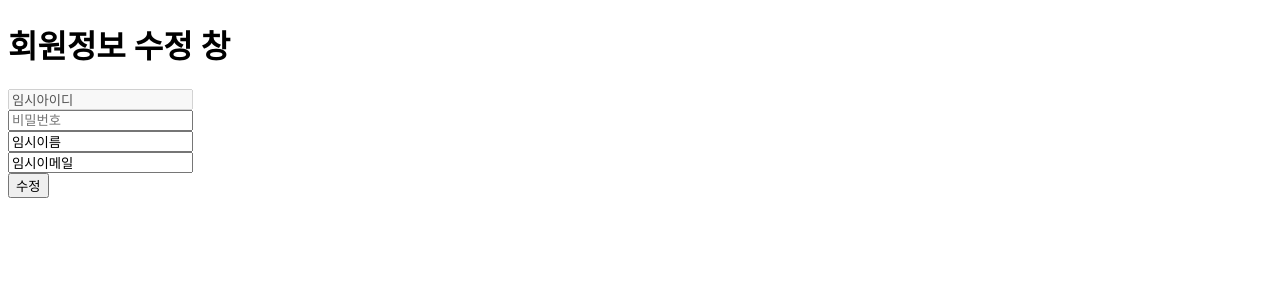
Repository: hanbeen03/javabasic
Page: http://localhost/JDBCBasic/users/users_update_form.jsp
An editor plug-in stored every save of this project. The page is shown before and after the next save, followed by the edit.
The browser window is 1280 px wide. The pictures show the whole page.
The page is served by Tomcat 9.

Above is the page before, as saved 2021-08-05 04:19:43.

After the next save:
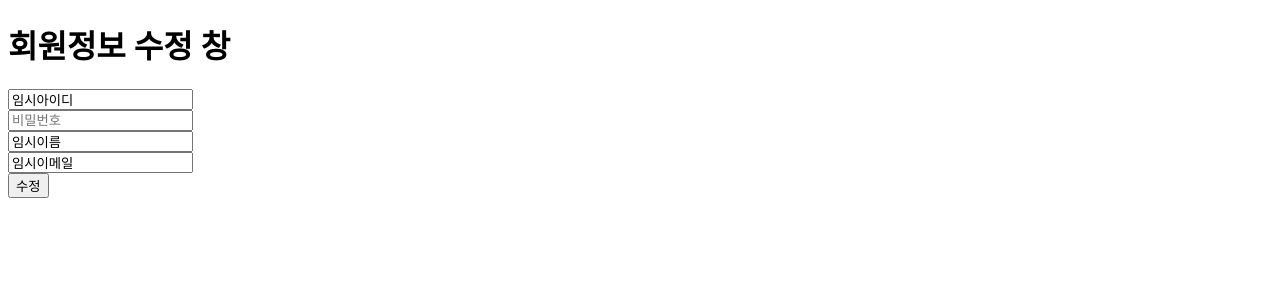
Saved 63 min 11 s later.
--- a/JDBCBasic/WebContent/users/users_update_form.jsp
+++ b/JDBCBasic/WebContent/users/users_update_form.jsp
@@ -9,7 +9,7 @@
 <body>
 	<h1>회원정보 수정 창</h1>
 	<form action="users_update_ok.jsp" method="post">
-		<input type="text" name="updateId" value="임시아이디" disabled="true" /><br/>
+		<input type="text" name="updateId" value="임시아이디" readonly="true" /><br/>
 		<input type="password" name="updatePw" placeholder="비밀번호" /><br/>
 		<input type="text" name="updateUname" value="임시이름" /><br/>
 		<input type="email" name="updateEmail" value="임시이메일" /><br/>
